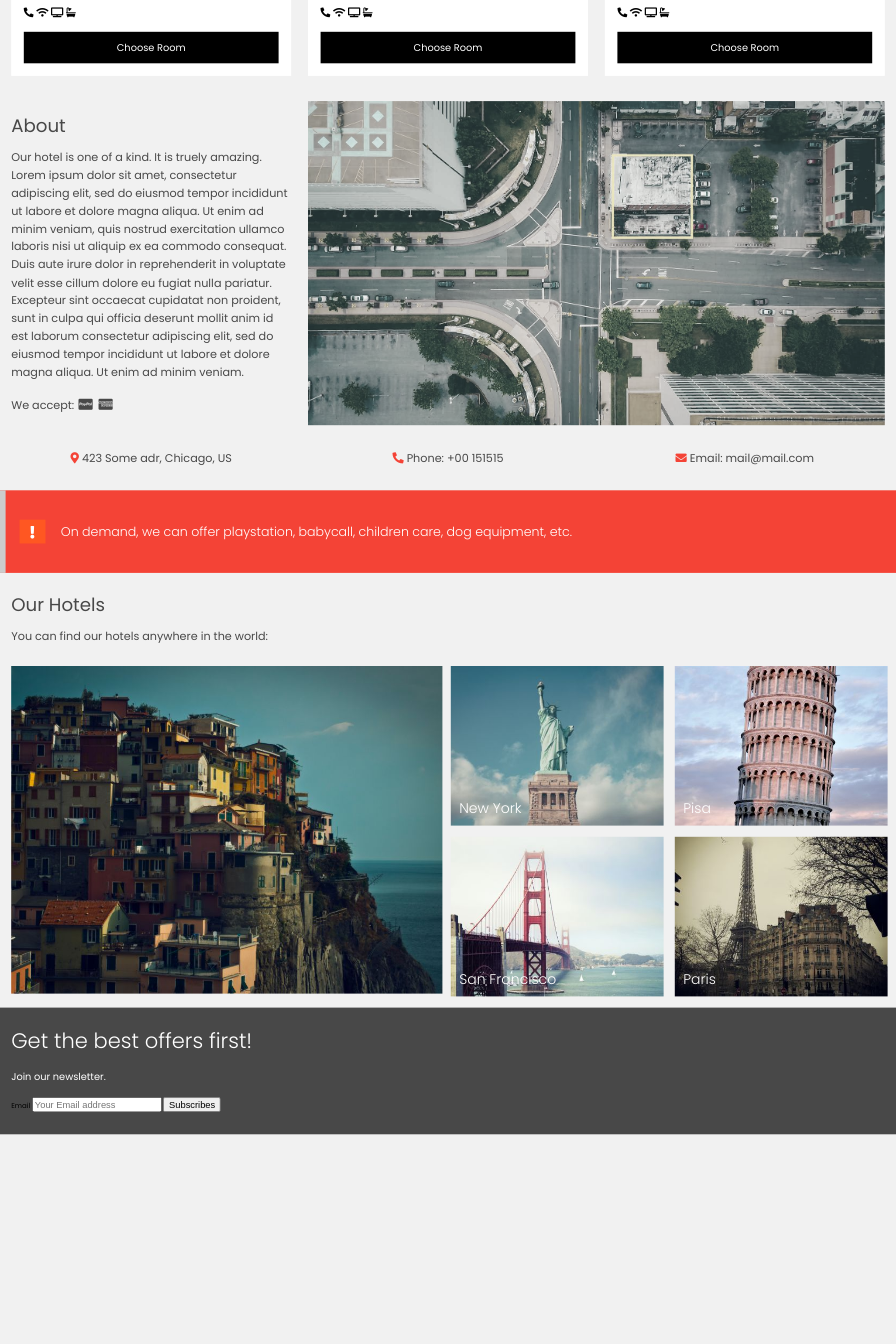
Repository: phamhuuloc/Travel_Template
Page: index.html
The author's editor kept a copy of each file at every save. The page is drawn from the files as they stood at one save, then again after the next save.
The browser window is 1280 px wide. The pictures show the part of the page from y = 1409 to 3329 px (the page is 3329 px tall), at 70% of full size.
The style sheet was rebuilt from its Sass, Less or Tailwind sources for each picture, by a compiler version that may differ from the author's.

Above is the page before, as saved 2021-09-18 15:57:17.

After the next save:
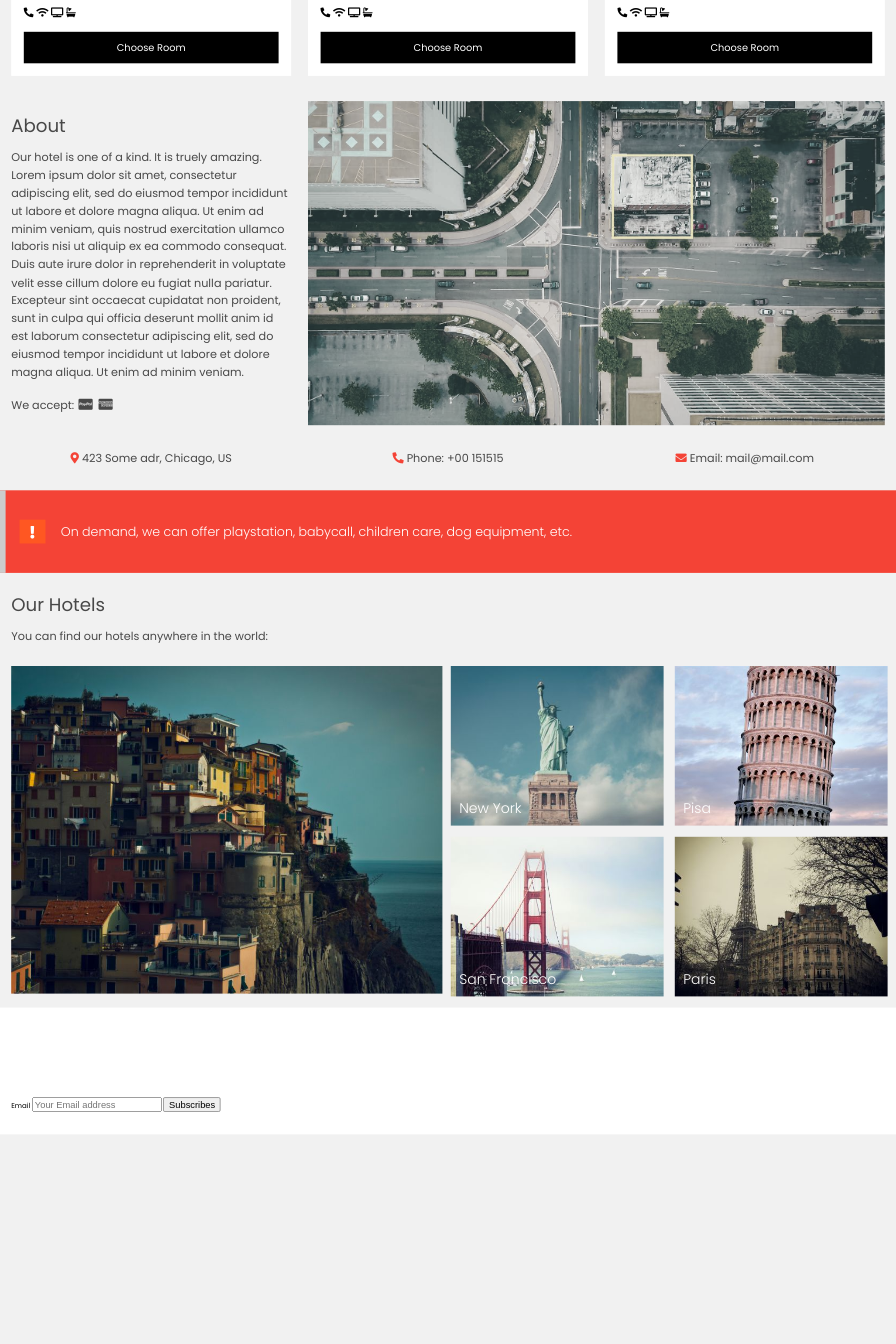
Saved 9 s later.
--- a/assets/main.scss
+++ b/assets/main.scss
@@ -323,7 +323,7 @@ sup {
   }
 }
 .offers {
-  background-color: $text-color;
+  background-color: white;
   padding: 3.2rem 1.6rem;
   &__title {
     color: white;
